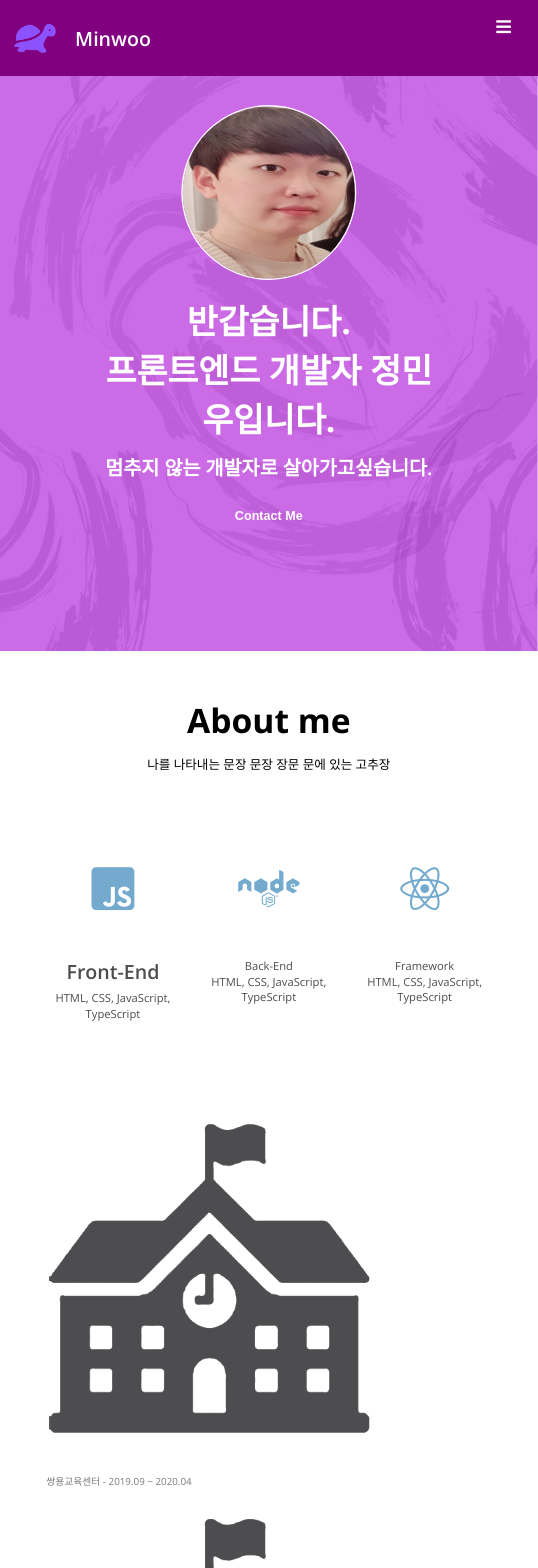
Repository: DevMinwoo-Jung/MinwooPortfolio
Page: index.html
The author's editor kept a copy of each file at every save. The page is drawn from the files as they stood at one save, then again after the next save.
The browser window is 768 px wide. The pictures show the part of the page from y = 0 to 2240 px (the page is 6853 px tall), at 70% of full size.

Above is the page before, as saved 2021-06-05 14:43:38.

### index.html
<!DOCTYPE html>
<html lang="en">
<head>
  <meta charset="UTF-8">
  <meta http-equiv="X-UA-Compatible" content="IE=edge">
  <meta name="viewport" content="width=device-width, initial-scale=1.0">
  <title>Minwoo's Portfolio</title>
  <meta name="description" content="(will be) world-renowned Front-End Web developer Minwoo">
  <meta name="author" content= "Minwoo Jung">
  <link rel="icon" type ="image/png" href="imgs/favicon.png">
  <link rel="stylesheet" href="https://use.fontawesome.com/releases/v5.15.3/css/all.css" integrity="sha384-SZXxX4whJ79/gErwcOYf+zWLeJdY/qpuqC4cAa9rOGUstPomtqpuNWT9wdPEn2fk" crossorigin="anonymous">
  <link rel="preconnect" href="https://fonts.gstatic.com">
<link href="https://fonts.googleapis.com/css2?family=Open+Sans:wght@400;600;700&display=swap" rel="stylesheet">
<link rel="stylesheet" href="style.css">
<script src="main.js" defer></script>
</head>
<body>
  <!-- Navbar -->
  <nav id="navbar">
    <div class="navbar__logo">
      <img src="imgs/favicon.png" alt="">
      <a href="#">Minwoo</a>
    </div>
    <div class="navbar__menu">
      <ul class="navbar__menu">
        <li class="navbar__menu__item active" data-link="#home">Home</li>
        <li class="navbar__menu__item" data-link="#about">About</li>
        <li class="navbar__menu__item" data-link="#skills">Skills</li>
        <li class="navbar__menu__item" data-link="#work">My work</li>
        <li class="navbar__menu__item" data-link="#testimonials">Testimonial</li>
        <li class="navbar__menu__item" data-link="#contact">Contact</li>
      </ul>
    </div>
  <!-- Toggle Button -->
      <button class="navbar__toggle-btn">
        <i class="fas fa-bars"></i>
      </button>
  </nav>

  <!-- Arrow Button -->
    <button class="home__btn" data-link="#home">
      <i class="fas fa-chevron-circle-up"></i>
    </button>


  <!-- Home -->
  <section id="home">
    <div class="home__container">
      <img src="imgs/myPhoto.jpg" alt="Minwoo's profile photo" class="home__avatar">
      <h1 class="home__title">반갑습니다. <br> 프론트엔드 개발자 정민우입니다.</h1>
      <h2 class="home__description">멈추지 않는 개발자로 살아가고싶습니다.</h2>
      <button class="home__contact" data-link="#contact">Contact Me</button>
    </div>
  </section>
  <!-- About -->
  <section id="about" class="section section__container">
    <h1>About me</h1>
    <p>나를 나타내는 문장 문장 장문 문에 있는 고추장</p>
    <div class="aoubt__majors">
      <div class="major">
        <div class="major__icon">
          <i class="fab fa-js-square"></i>
        </div>
        <h2 class="major__title">Front-End</h2>
        <div class="major__description">
          HTML, CSS, JavaScript, TypeScript
        </div>
      </div>
      <div class="major">
        <div class="major__icon">
          <i class="fab fa-node"></i>
        </div>
        <div class="major__title">Back-End</div>
        <div class="major__description">
          HTML, CSS, JavaScript, TypeScript
        </div>
      </div>
      <div class="major">
        <div class="major__icon">
          <i class="fab fa-react"></i>
        </div>
        <div class="major__title">Framework</div>
        <div class="major__description">
          HTML, CSS, JavaScript, TypeScript
        </div>
      </div>
    </div>
    <div class="aoubt__jobs">
      <div class="job">
        <img src="imgs/school.png" alt="" class="job__logo">
      </div>
      <div class="job__description">
        <p class="job__period">쌍용교육센터 - 2019.09 ~ 2020.04</p>
      </div>
      <div class="job">
        <img src="imgs/school.png" alt="" class="job__logo">
      </div>
      <div class="job__description">
        <p class="job__period">호서대학교 - 2012.02 ~ 2017.02</p>
      </div>
    </div>



  </section>
  <!-- Skills -->
  <section id="skills" class="section">
    <div class="section__container">
      <h1>Skills</h1>
      <h2>Skills & Attributes</h2>
      <p>
        나를 잘 포장할 말을 쓰면 된다
      </p>
      <div class="skillset">
        <div class="skillset__left">
          <h3 class="skillset__title">Skills</h3>
          <div class="skill">
            <div class="skill__description">
              <span>HTML</span>
              <span>90%</span>
            </div>
            <div class="skill__bar">
              <div class="skill__value" style="width: 99%;"></div>
            </div>
          </div>
          <div class="skill">
            <div class="skill__description">
              <span>JavaScript</span>
              <span>90%</span>
            </div>
            <div class="skill__bar">
              <div class="skill__value"  style="width: 99%;"></div>
            </div>
          </div>
          <div class="skill">
            <div class="skill__description">
              <span>CSS</span>
              <span>90%</span>
            </div>
            <div class="skill__bar">
              <div class="skill__value"  style="width: 90%;"></div>
            </div>
          </div>
          <div class="skill">
            <div class="skill__description">
              <span>TypeScript</span>
              <span>90%</span>
            </div>
            <div class="skill__bar">
              <div class="skill__value"  style="width: 85%;"></div>
            </div>
          </div>
          <div class="skill">
            <div class="skill__description">
              <span>NodeJs</span>
              <span>90%</span>
            </div>
            <div class="skill__bar">
              <div class="skill__value"  style="width: 80%;"></div>
            </div>
          </div>
        </div>
        <div class="skillset__right">
          <div class="tools">
            <h3 class="skillset__title">Tools</h3>
            <ul class="tools__list">
              <li><span>Visual Studio Code</span></li>
              <li><span>1</span></li>
              <li><span>2</span></li>
              <li><span>3</span></li>
              <li><span>4</span></li>
            </ul>
          </div>
          <div class="etc">
            <h3 class="skillset__title">Etc</h3>
            <ul class="etc__list">
              <li><span>Git</span></li>
              <li><span>Etc</span></li>
            </ul>
          </div>
        </div>
      </div>
    </div>
  </section>
  <!-- Work -->
  <section id="work" class="section">
<div class="section__container">
  <h1>My work</h1>
  <h3>Projects</h3>
  <div class="work__categories">
    <button class="category__btn selected" data-filter="*">All <span class="category__count">8</span></button>
    <button class="category__btn" data-filter="Front-End">Front-End <span class="category__count">3</span></button>
    <button class="category__btn" data-filter="React">React <span class="category__count">2</span></button>
    <button class="category__btn" data-filter="vanilaJs">VanilaJs <span class="category__count">2</span></button>
    <button class="category__btn" data-filter="nodeJs">NodeJs <span class="category__count">1</span></button>
  </div>
  <div class="work__projects">
    <a href="mygithub" class="project" target="blank" data-type="*">
    <img class="project__img" src="imgs/favicon.png" alt="project1">
    <!-- 이미지 추후에 넣자 -->
    <div class="project__description">
      <h3>Proejct</h3>
      <span>Clone coding with HTML and CSS</span>
    </div>
    </a>
    <a href="mygithub" class="project" target="blank" data-type="Front-End">
      <img class="project__img" src="imgs/favicon.png" alt="project1">
      <!-- 이미지 추후에 넣자 -->
      <div class="project__description">
        <h3>Proejct</h3>
        <span>Clone coding with HTML and CSS</span>
      </div>
      </a>
      <a href="mygithub" class="project" target="blank" data-type="Front-End">
        <img class="project__img" src="imgs/favicon.png" alt="project1">
        <!-- 이미지 추후에 넣자 -->
        <div class="project__description">
          <h3>Proejct</h3>
          <span>Clone coding with HTML and CSS</span>
        </div>
      </a>
      <a href="mygithub" class="project" target="blank" data-type="React">
        <img class="project__img" src="imgs/favicon.png" alt="project1">
        <!-- 이미지 추후에 넣자 -->
        <div class="project__description">
          <h3>Proejct</h3>
          <span>Clone coding with HTML and CSS</span>
        </div>
      </a>
      <a href="mygithub" class="project" target="blank" data-type="vanilaJs">
        <img class="project__img" src="imgs/favicon.png" alt="project1">
        <!-- 이미지 추후에 넣자 -->
        <div class="project__description">
          <h3>Proejct</h3>
          <span>Clone coding with HTML and CSS</span>
        </div>
      </a>
      <a href="mygithub" class="project" target="blank" data-type="vanilaJs">
        <img class="project__img" src="imgs/favicon.png" alt="project1">
        <!-- 이미지 추후에 넣자 -->
        <div class="project__description">
          <h3>Proejct</h3>
          <span>Clone coding with HTML and CSS</span>
        </div>
      </a>
      <a href="mygithub" class="project" target="blank" data-type="nodeJs">
        <img class="project__img" src="imgs/favicon.png" alt="project1">
        <!-- 이미지 추후에 넣자 -->
        <div class="project__description">
          <h3>Proejct</h3>
          <span>Clone coding with HTML and CSS</span>
        </div>
      </a>
      <a href="mygithub" class="project" target="blank" data-type="React">
        <img class="project__img" src="imgs/favicon.png" alt="project1">
        <!-- 이미지 추후에 넣자 -->
        <div class="project__description">
          <h3>Proejct</h3>
          <span>Clone coding with HTML and CSS</span>
        </div>
      </a>
  </div>
</div>
  </section>
  <!-- Testimonials -->
  <section id="testimonials" class="section">
<div class="section__container">
  <h1>Testmonials</h1>
  <h3>See what they say about me</h3>
  <div class="testimonials">
    <div class="testimonial">
      <img src="imgs/testimonail/people.jpg" alt="" class="testimonial__avatar">
      <div class="testimonail__speech-bubble">
        <p>Lorem Ipsum is simply dummy text of the printing and typesetting industry. Lorem Ipsum has been the industry's standard dummy text ever since the 1500s, when an unknown printer took a galley of type and scrambled it to make a type specimen book. It has survived not only five centuries, but also the leap into electronic typesetting, remaining essentially unchanged. It was popularised in the 1960s with the release of Letraset sheets containing Lorem Ipsum passages, and more recently with desktop publishing software like Aldus PageMaker including versions of Lorem Ipsum.</p>
        <p class="name"><a href="">이름</a>일한곳</p>
      </div>
    </div>
    <div class="testimonial">
      <div class="testimonail__speech-bubble">
        <p>Lorem Ipsum is simply dummy text of the printing and typesetting industry. Lorem Ipsum has been the industry's standard dummy text ever since the 1500s, when an unknown printer took a galley of type and scrambled it to make a type specimen book. It has survived not only five centuries, but also the leap into electronic typesetting, remaining essentially unchanged. It was popularised in the 1960s with the release of Letraset sheets containing Lorem Ipsum passages, and more recently with desktop publishing software like Aldus PageMaker including versions of Lorem Ipsum.</p>
        <p class="name"><a href="">이름</a>일한곳</p>
      </div>
      <img src="imgs/testimonail/people.jpg" alt="" class="testimonial__avatar">
    </div>
  </div>
</div>
  </section>
  <!-- Contact -->
  <section id="contact" class="section">
    <h1 class="contact__title">Let's talk</h1>
    <h2 class="contact__email">applejung312@gmail.com</h2>
    <div class="contact__links">
      <a href="https://github.com/DevMinwoo-Jung" target="_blank">
        <i class="fab fa-github"></i>
      </a>
      <a href="https://dev-minwoo.tistory.com/" target="_blank">
        <i class="fas fa-blog"></i>
      </a>
    </div>
    <p class="contact__right">
      2021 Minwoo Jung - All rights reseverd
    </p>
  </section>
</body>
</html>

### style.css
/* Global */
:root {
  /* Color */
  --color-white: #ffffff;
  --color-light-white: #eeeeee;
  --color-dark-white: #bdbdbd;
  --color-pink: #fe918d;
  --color-dark-pink: #ff6863;
  --color-dark-grey: #4d4d4d;
  --color-grey: #616161;
  --color-light-grey: #7c7979;
  --color-blue: #73aace;
  --color-yellow: #fff7d1;
  --color-orange: #feb546;
  --color-black: #000000;
  --color-dard-purple: rgb(78, 23, 69);

  /* Font size */
  --font-large: 48px;
  --font-medium: 28px;
  --font-regular: 18px;
  --font-small: 16px;
  --font-micro: 14px;

  /* Font weight */
  --weight-bold: 700;
  --weight-semi-bold: 600;
  --weight-regular: 400;

  /* Size */
  --size-border-radius: 4px;

  /* Animation Duration */
  --animation-duration: 300ms;
}

/* Universal tags */
* {
  box-sizing: border-box;
}

/* Typography */
h1 {
  font-size: var(--font-large);
  font-weight: var(--weight-bold);
  color: var(--color-black);
  margin: 16px 0px;
}

h2 {
  font-size: var(--font-medium);
  font-weight: var(--weight-semi-bold);
  color: var(--color-black);
  margin: 8px 0;
}

h3 {
  font-size: var(--font-regular);
  font-weight: var(--weight-regular);
  color: var(--color-black);
  margin: 8px 0;
}

p {
  font-size: var(--font-regular);
  font-weight: var(--weight-regular);
  color: var(--color-black);
  margin: 16px 0;
}

body {
  margin: 0;
  font-family: "Open Sans", sans-serif;
  cursor: default;
}

a {
  text-decoration: none;
  color: var(--color-white);
}

ul {
  list-style: none;
  padding-left: 0;
}

li {
  list-style: none;
}

button {
  background-color: transparent;
  cursor: pointer;
  border: none;
  outline: none;
}

/* Navbar */
#navbar {
  display: flex;
  justify-content: space-between;
  background-color: purple;
  align-items: center;
  position: fixed;
  width: 100%;
  transition: all var(--animation-duration) ease-in-out;
  z-index: 1;
}

#navbar.navbar--dark {
  background-color: rgb(150, 95, 150);
  padding: 8px;
}

.navbar__menu {
  display: flex;
}

.navbar__menu__item {
  padding: 8px 12px;
  margin: 0 4px;
  cursor: pointer;
  color: var(--color-white);
  border: 1px solid transparent;
}

.navbar__menu__item:hover {
  background-color: var(--color-dard-purple);
  border-radius: var(--size-border-radius);
}

.navbar__logo {
  font-size: var(--font-medium);
  font-weight: var(--weight-semi-bold);
  color: white;
}

.navbar__logo img {
  height: 100px;
  width: 100px;
}

.navbar__logo a {
  position: relative;
  bottom: 35px;
}

.navbar__toggle-btn {
  position: absolute;
  right: 32px;
  font-size: 24px;
  color: var(--color-white);
  top: 24px;
  display: none;
}

/* Home */
#home {
  background: url("imgs/background\ Img.png") center/cover no-repeat;
  padding: 150px;
  text-align: center;
}

.home__fadeOut {
  opacity: 0.5;
  transition: all calc(var(--animation-duration)) ease-in-out;
}

.home__avatar {
  width: 250px;
  height: 250px;
  border-radius: 50%;
  border: 2px solid var(--color-white);
}

.home__title,
.home__description {
  color: var(--color-white);
}

.home__contact {
  color: var(--color-white);
  font-size: var(--font-regular);
  font-weight: var(--weight-bold);
  margin: 24px;
  padding: 8px 12px;
  border: 2px solid (var(--color-white));
  border-radius: var(--size-border-radius);
}

/* Section common */
.section {
  margin: auto;
  padding: 50px;
  text-align: center;
}

.section__container {
  max-width: 1200px;
  margin: auto;
}

/* About */
.aoubt__majors {
  display: flex;
  justify-content: space-between;
  margin: 80px 0;
}

.major__icon {
  width: 170px;
  height: 170px;
  font-size: 70px;
  line-height: 170px;
  margin: auto;
  border: 1px solid var(--color-white);
  border-radius: 50%;
  margin-bottom: 16px;
  color: var(--color-blue);
}

.major__icon i {
  transition: all var(--animation-duration) ease;
}

.major__icon:hover i {
  color: var(--color-pink);
  transform: rotate(-30deg) scale(1.1);
}

/*
.major__icon i:hover{
  이렇게하면 i에 올려났을때만 변하지만
  위처럼하면 icon에 올렸을때 i만 변한다
  color: var(--color-pink);
  transform: rotate(-30deg) scale(1.1);
} */

.major__title,
.major__description {
  color: var(--color-dark-grey);
}

.major__description {
  font-size: var(--font-small);
}

.job {
  display: flex;
  align-items: center;
}

.job__description {
  margin: 0 16px;
  text-align: left;
}

.job__name,
.job__period {
  color: var(--color-light-grey);
}

.job__name {
  font-size: var(--font-small);
}

.job__period {
  font-size: var(--font-micro);
}

/* Skill */
#skills {
  background-color: var(--color-yellow);
}

.skillset {
  display: flex;
  background-color: var(--color-light-grey);
  color: var(--color-light-white);
  margin: 20px 0;
}

.skillset__title {
  color: var(--color-white);
}

.skillset__left {
  flex-basis: 60%;
  background-color: var(--color-dark-grey);
  color: var(--color-white);
  padding: 20px 40px;
}

.skill__description {
  display: flex;
  justify-content: space-between;
}

.skillset__right {
  flex-basis: 40%;
}

.tools {
  background-color: var(--color-grey);
}

.skill__bar {
  width: 100%;
  height: 3px;
  background-color: var(--color-grey);
}

.skill {
  margin-bottom: 32px;
}

.skill__value {
  height: 3px;
  background-color: var(--color-orange);
}

.tolls,
.etc {
  padding: 20px;
}

/* Work */
.work__categories {
  margin: 40px;
}

.category__btn {
  border: 1px solid var(--color-dark-grey);
  border-radius: var(--size-border-radius);
  font-size: var(--font-regular);
  padding: 8px 48px;
}

.category__btn.selected,
.category__btn:hover {
  background-color: var(--color-pink);
  color: var(--color-white);
}

.category__btn.selected,
.category__count,
.category__btn:hover .category__count {
  opacity: 1;
  top: 0;
}
.category__count {
  background-color: var(--color-orange);
  border-radius: 50%;
  color: var(--color-white);
  width: 24px;
  height: 24px;
  display: inline-block;
  line-height: 24px;
  position: relative;
  top: -20px;
  left: 4px;
  opacity: 0;
  transition: all var(--animation-duration);
}

.work__projects {
  display: flex;
  flex-wrap: wrap;
  justify-content: center;
  opacity: 1;
  transition: all var(--animation-duration) ease-out;
}

.work__projects.anim-out {
  opacity: 0;
  transform: scale(0.9) translateY(40px);
}

.project {
  width: 280px;
  display: flex;
  justify-content: center;
  align-items: center;
  height: 250px;
  margin: 2px;
  background-color: var(--color-light-white);
  position: relative;
}

.project__img {
  max-width: 100%;
  max-height: 100%;
  align-self: center;
}

.project__description {
  position: absolute;
  top: 0;
  left: 0;
  width: 100%;
  height: 100%;
  display: flex;
  flex-direction: column;
  justify-content: center;
  opacity: 0;
  transition: all var(--animation-duration) ease-in;
  transform: translateY(10px);
  background-color: black;
}

.project.invisible {
  display: none;
}

.project:hover .project__description {
  opacity: 0.8;
  transform: translateY(0px);
}

.project__description h3 {
  color: var(--color-white);
}

.project__description h3:after {
  content: "";
  display: block;
  position: relative;
  width: 25px;
  height: 25px;
  left: 50%;
  margin-left: -12px;
  background-color: var(--color-dark-white);
}

/* Testimonial */
#testimonials {
  background-color: var(--color-dark-white);
}

.testimonials {
  margin: 40px;
}

.testimonial {
  display: flex;
  margin: 32px 0;
}

.testimonial__avatar {
  width: 150px;
  height: 150px;
  border-radius: 50%;
}

.testimonial__avatar:nth-child(odd) {
  margin-right: 40px;
}

.testimonial__avatar:nth-child(even) {
  margin-left: 40px;
}

.testimonail__speech-bubble {
  padding: 18px;
  background-color: var(--color-white);
  border-radius: var(--size-border-radius);
}

.testimonail__speech-bubble p {
  color: var(--color-light-grey);
}

.testimonail__speech-bubble a {
  color: var(--color-pink);
}

/* Contact */

#contact {
  background-color: var(--color-pink);
}

.contact__title,
.contact__email,
.contact__rights {
  color: var(--color-white);
}

.contact__title {
  margin: 32px 0;
}

.contact__links {
  font-size: var(--font-large);
  margin: 24px 0;
}

.contact__links i:hover {
  transform: scale(1.1);
  color: var(--color-yellow);
  transition: all var(--animation-duration) ease-in;
}

.home__btn {
  top: 90%;
  left: 90%;
  position: fixed;
  font-size: 40px;
  color: var(--color-white);
  background-color: purple;
  border-radius: 50%;
  width: 70px;
  height: 70px;
  pointer-events: none;
  opacity: 0;
  transition: opacity var(--animation-duration) ease-in;
}

.home__btn--visible {
  opacity: 1;
  pointer-events: auto;
}

@media screen and (max-width: 768px) {
  .navbar__toggle-btn {
    display: block;
  }
  #navbar {
    flex-direction: column;
    align-items: flex-start;
    transition: 0.4s;
  }
  .navbar__menu {
    flex-direction: column;
    text-align: center;
    width: 100%;
    display: none;
    opacity: 0;
  }

  .navbar__menu--show {
    flex-direction: column;
    text-align: center;
    width: 100%;
    display: flex;
    opacity: 1;
    transition: opacity var(--animation-duration) ease-in;
  }

  .about__majors {
    flex-direction: column;
  }

  .major {
    margin-bottom: 38px;
  }

  .skillset {
    flex-direction: column;
  }

  .testimonail__avatar {
    width: 80px;
    height: 80px;
  }
}

Loaded but not shown: main.js (111 lines, source omitted)

After the next save:
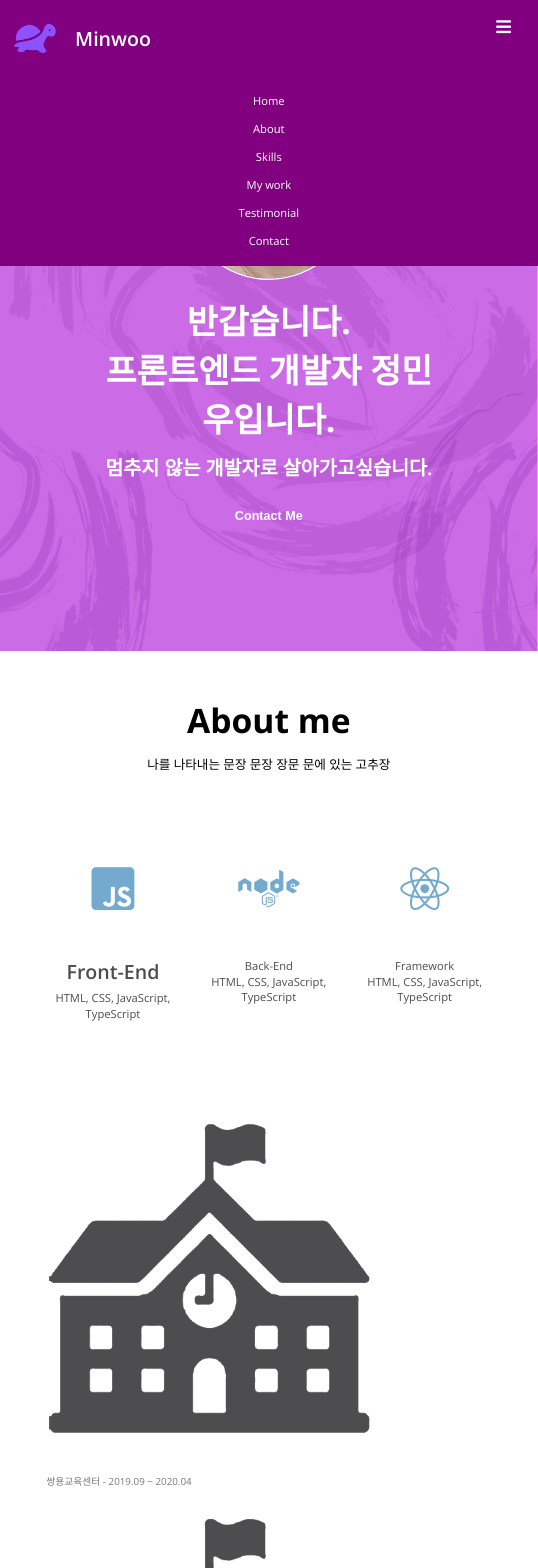
Saved 29 s later.
--- a/style.css
+++ b/style.css
@@ -534,8 +534,9 @@
     flex-direction: column;
     text-align: center;
     width: 100%;
-    display: none;
-    opacity: 0;
+    display: flex;
+    opacity: 1;
+    transition: opacity var(--animation-duration) ease-in;
   }
 
   .navbar__menu--show {

After the save that followed:
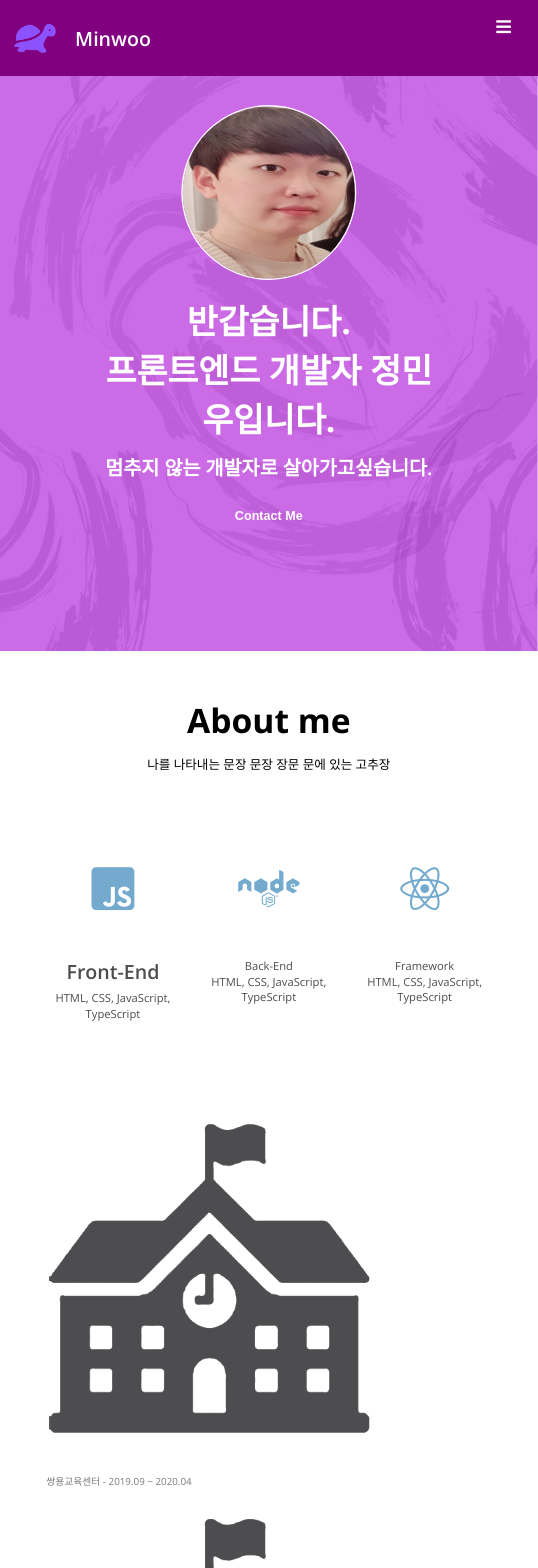
Saved 6 s later.
--- a/style.css
+++ b/style.css
@@ -534,9 +534,8 @@
     flex-direction: column;
     text-align: center;
     width: 100%;
-    display: flex;
-    opacity: 1;
-    transition: opacity var(--animation-duration) ease-in;
+    display: none;
+    opacity: 0;
   }
 
   .navbar__menu--show {
